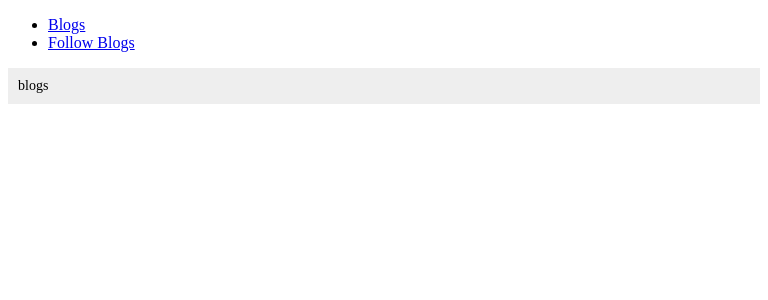
Repository: bhumikagohil/announcements
Page: blogs_home/blogs_home.html
The author's editor kept a copy of each file at every save. The page is drawn from the files as they stood at one save, then again after the next save.
The browser window is 768 px wide. The pictures show the whole page.

Above is the page before, as saved 2021-05-31 15:31:29.

After the next save:
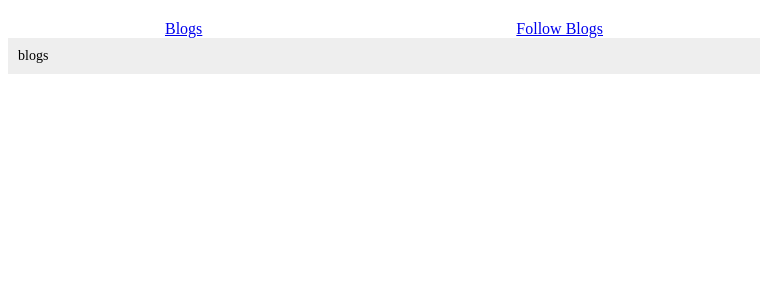
Saved 37 s later.
--- a/blogs_home/blogs_home.css
+++ b/blogs_home/blogs_home.css
@@ -8,3 +8,42 @@
 .tab-content.active {
   display: block;
 }
+
+.tabs {
+  display: flex;
+  justify-content: space-around;
+  list-style-type: none;
+  margin: 0;
+  padding: 0;
+}
+
+.tab {
+  cursor: pointer;
+  padding: 5px;
+  font-size: large;
+  font-weight: bold;
+}
+
+.tab.active {
+  color: #443ac8;
+  border-bottom: 3px solid #443ac8;
+}
+
+.tab:hover {
+  color: #443ac8;
+}
+
+/* Media Queries */
+@media only screen and (max-width: 768px) {
+  .tab {
+    font-size: 13px;
+  }
+  .tab.active {
+    border-bottom: 2px solid #443ac8;
+  }
+}
+
+.container {
+  width: 100%;
+  margin: 20px auto;
+}
